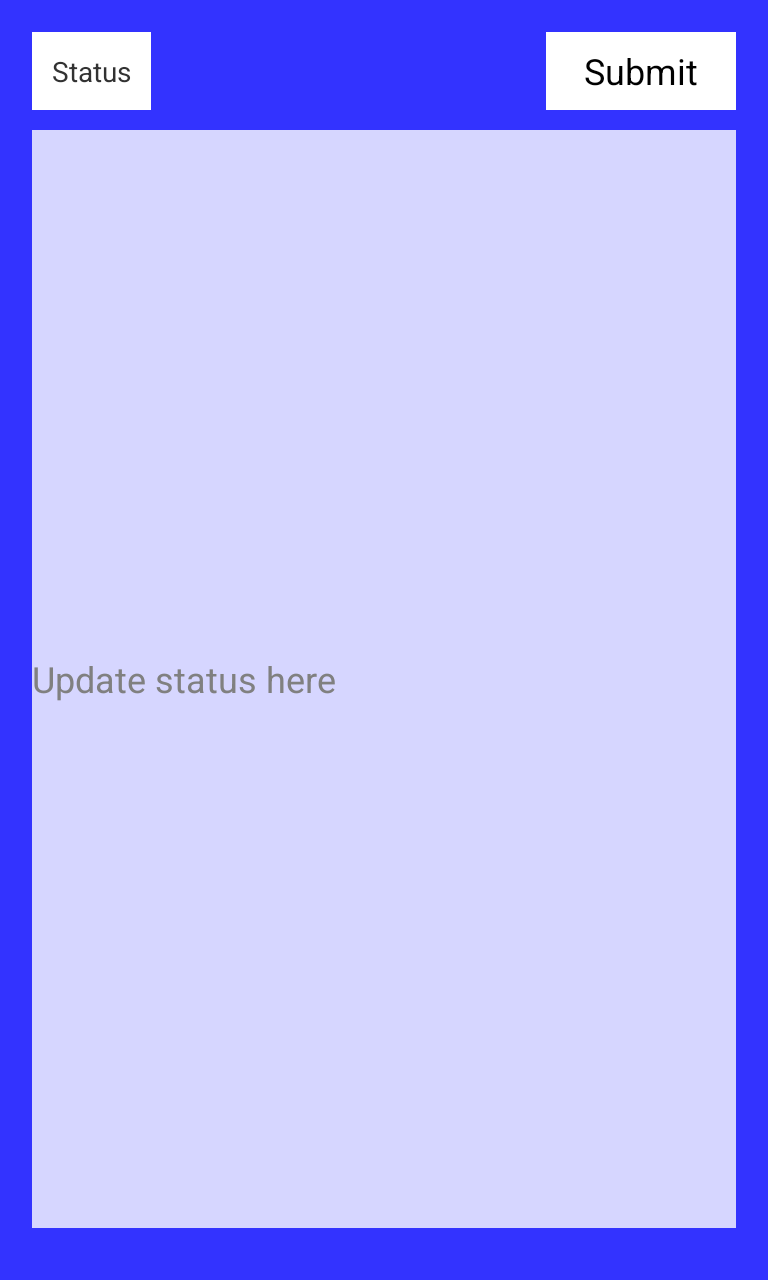
Repository: vamsiampolu/androidworkspace
Layout: YambaProject/res/layout/activity_main.xml
These files come from the project's save history. The layout is drawn as it stood at one moment and after the next save; the edit follows.
It is drawn on a 768 x 1280 px phone screen (xhdpi) without system bars, with theme AppTheme; the app's code is not run.

Above is the layout before, as saved 2013-05-09 08:58:50.

### YambaProject/res/layout/activity_main.xml
<RelativeLayout xmlns:android="http://schemas.android.com/apk/res/android"
    xmlns:tools="http://schemas.android.com/tools"
    android:layout_width="match_parent"
    android:layout_height="match_parent"
    android:background="@color/myBlue"
    android:paddingBottom="@dimen/activity_vertical_margin"
    android:paddingLeft="@dimen/activity_horizontal_margin"
    android:paddingRight="@dimen/activity_horizontal_margin"
    android:paddingTop="@dimen/activity_vertical_margin"
    android:orientation="vertical"
    tools:context=".MainActivity"
     >
<!-- When something is specified in values the only important
thing is the type of resource it is,not it's path
so values->colors->color->myBlue is simply "@color/myBlue"

Colors are specified as #RGB (F represents 255)#FRGB includes alpha channel
#c00F is to specify a value of translucence ,then there is #FFFRGB(??)

If a style is applied to a widget it is called a style,if it is applied to
an Activity it is called a theme

It is recommended that you put all non unique attributes of a widget in a style,
for ease of reuse

One can use extract style in Graphical Layout and apply to something else
-->
    <TextView
        	android:id="@+id/txt_status"
        	style="@style/txt_style"
        	android:text="Status"
        	android:layout_alignParentLeft="true"
        	android:layout_alignParentTop="true"
        />

    <Button android:id="@+id/btn_status"
            android:layout_width="95dp"
            android:layout_height="wrap_content"
            android:layout_alignParentRight="true"
            android:layout_alignParentTop="true"
            android:text="Submit"
            android:layout_alignBottom="@id/txt_status"
            android:background="#FFF"
            />
    <EditText android:layout_width="fill_parent"
        	  android:id="@+id/edit_status"
        	  android:layout_alignParentBottom="true"
   			  android:hint="Update status here"
   			  android:layout_below="@id/txt_status"
   			  android:layout_marginTop="10dp"
   			  android:layout_marginBottom="10dp"
   			  android:inputType="textMultiLine"
   			  android:background="#cFFF"
   />
</RelativeLayout>

### YambaProject/res/values/colors.xml
<?xml version="1.0" encoding="utf-8"?>
<resources>
    <color name="myBlue">#c00f</color>

</resources>

### YambaProject/res/values/my_style.xml
<?xml version="1.0" encoding="utf-8"?>
<resources>

    <style name="txt_style">
        <item name="android:layout_width">wrap_content</item>
        <item name="android:layout_height">wrap_content</item>
        <item name="android:background">#FFF</item>
        <item name="android:padding">10dp</item>
    </style>

</resources>

Loaded but not shown: YambaProject/res/values/styles.xml (common file); YambaProject/res/values-v11/styles.xml (common file); YambaProject/res/values-v14/styles.xml (common file); YambaProject/res/values/dimens.xml (common file)

After the next save:
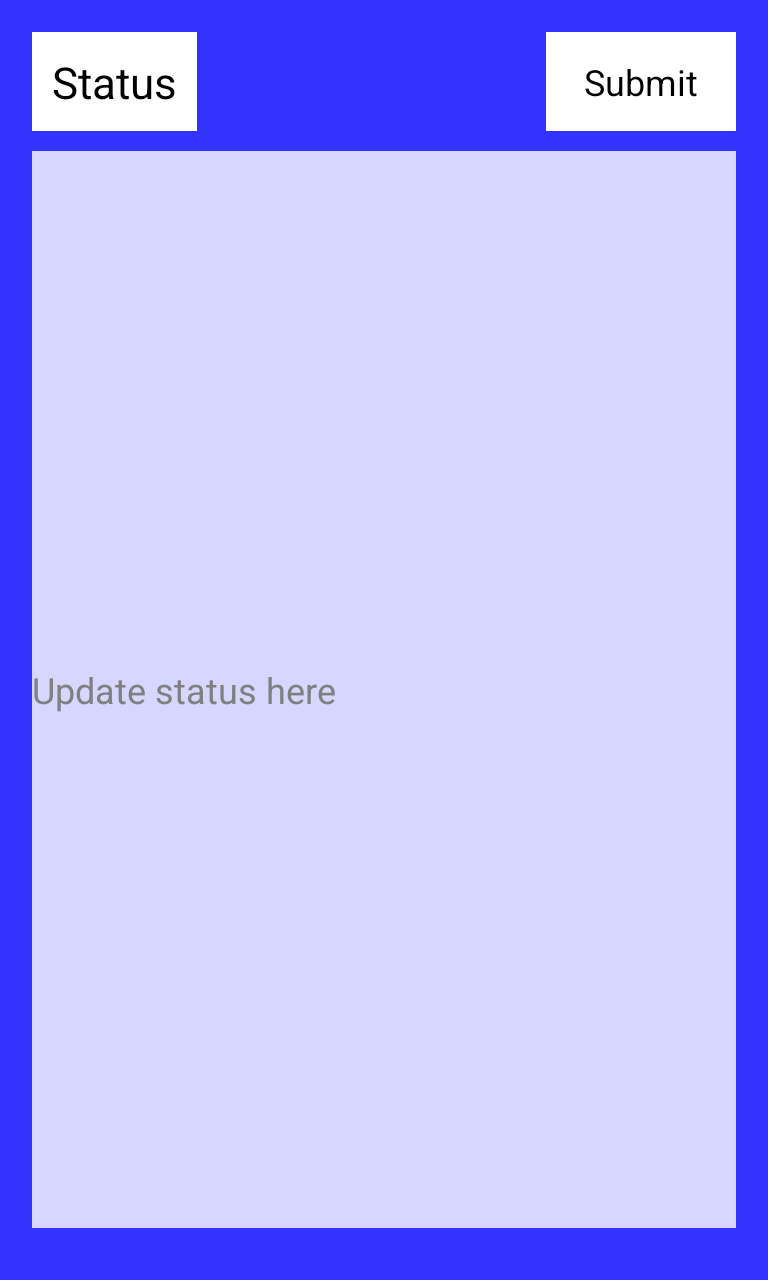
Saved 89 s later.
--- a/YambaProject/res/values/my_style.xml
+++ b/YambaProject/res/values/my_style.xml
@@ -1,11 +1,12 @@
 <?xml version="1.0" encoding="utf-8"?>
-<resources>
+<resources xmlns:android="http://schemas.android.com/apk/res/android">
 
     <style name="txt_style">
         <item name="android:layout_width">wrap_content</item>
         <item name="android:layout_height">wrap_content</item>
         <item name="android:background">#FFF</item>
         <item name="android:padding">10dp</item>
+        <item name="android:textAppearance">?android:attr/textAppearanceLarge</item>
     </style>
 
 </resources>
